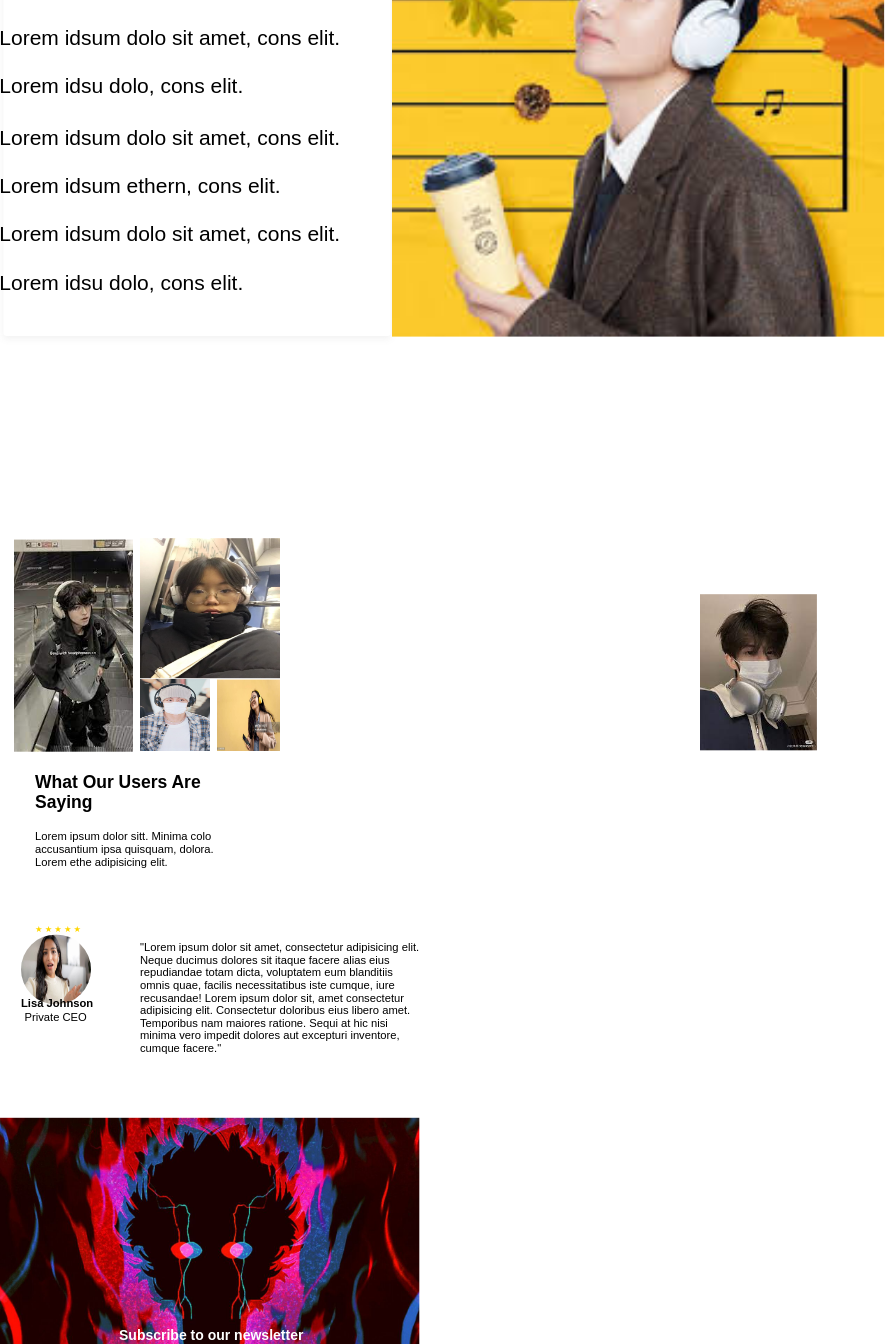
Repository: Femi007-gh/headphones
Page: index.html
An editor plug-in stored every save of this project. The page is shown before and after the next save, followed by the edit.
The browser window is 1280 px wide. The pictures show the part of the page from y = 4137 to 6057 px (the page is 6333 px tall), at 70% of full size.

Above is the page before, as saved 2025-03-03 09:05:27.

After the next save:
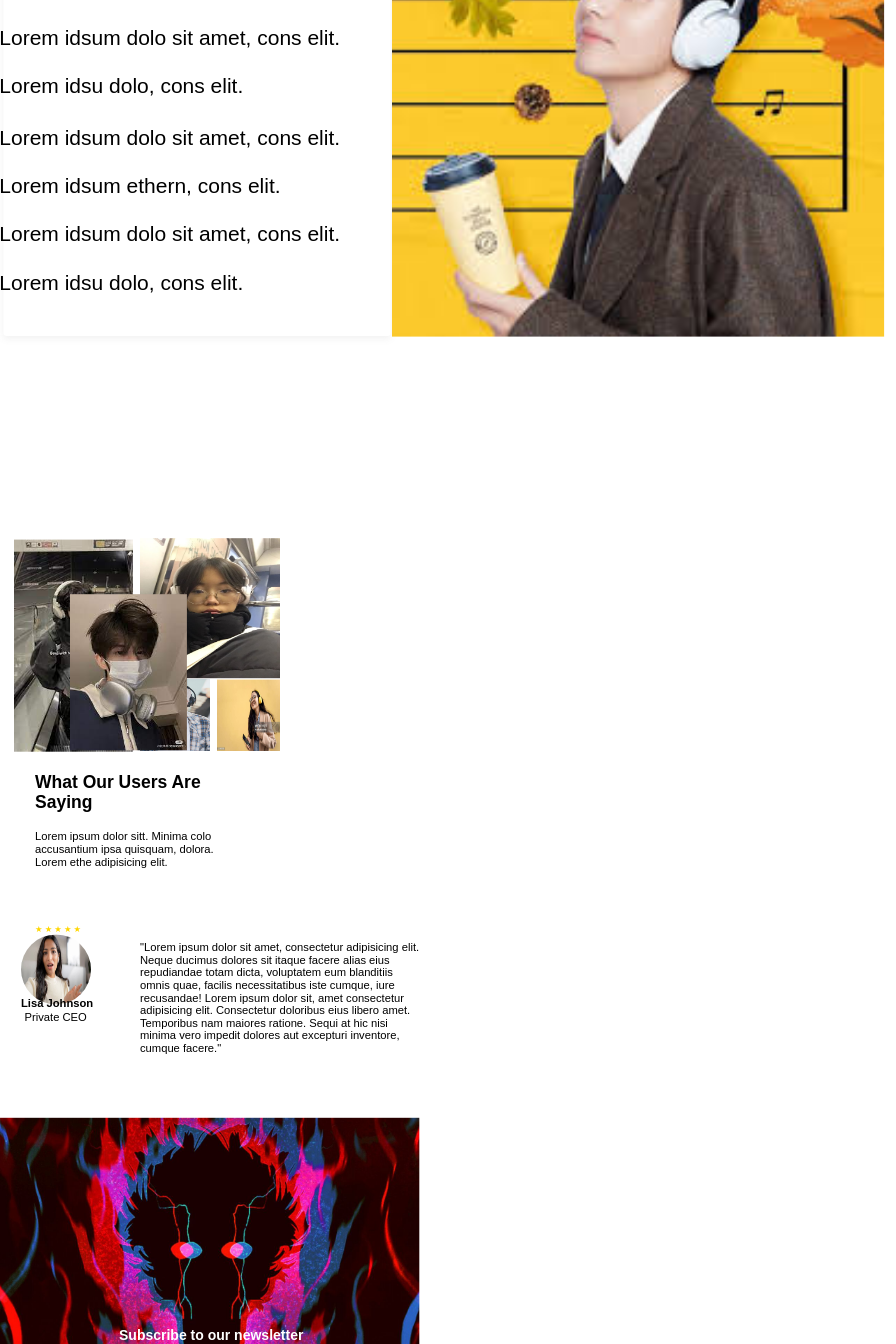
Saved 10 s later.
--- a/style.css
+++ b/style.css
@@ -395,7 +395,7 @@
   .hp9{
   width: 167px;
   margin-top: -273px;
-  margin-left: 1000px;
+  margin-left: 100px;
   }
 
   .para4{

After the 2 saves that followed:
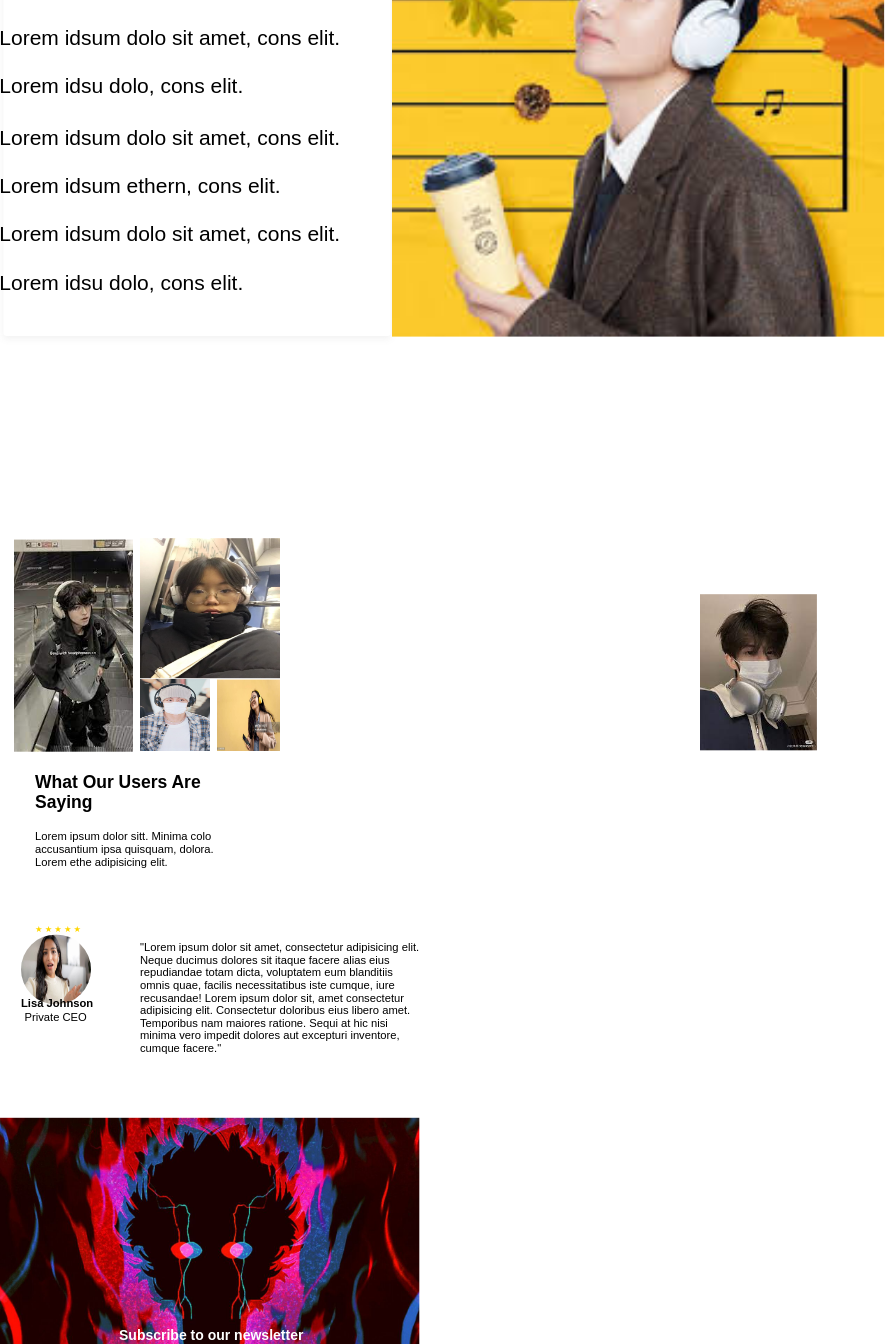
The 2 saves are shown as one change because they came seconds apart.
The last was saved 7 s later.
--- a/style.css
+++ b/style.css
@@ -395,7 +395,7 @@
   .hp9{
   width: 167px;
   margin-top: -273px;
-  margin-left: 100px;
+  margin-left: 1000px;
   }
 
   .para4{
